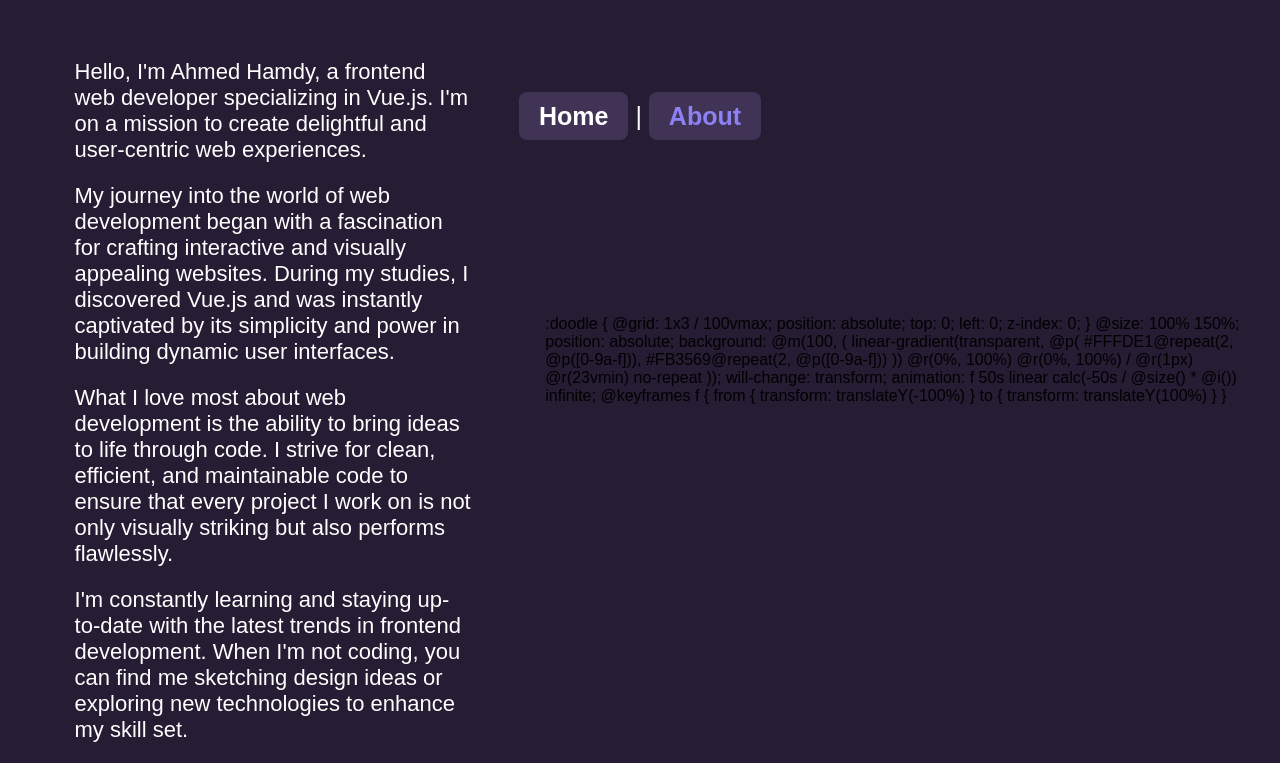
Repository: ahamdy997/portfolio
Page: /about
The author's editor kept a copy of each file at every save. The page is drawn from the files as they stood at one save, then again after the next save.
The browser window is 1280 px wide. The pictures show the whole page.
The project was rebuilt for these pictures with package versions that can differ from the ones it lists, and the page was loaded fresh each time. Also part of the build but not shown: vue.config.js, src/components/HelloWorld.vue, src/views/HomeView.vue.

Above is the page before, as saved 2023-11-05 00:40:04.

After the next save:
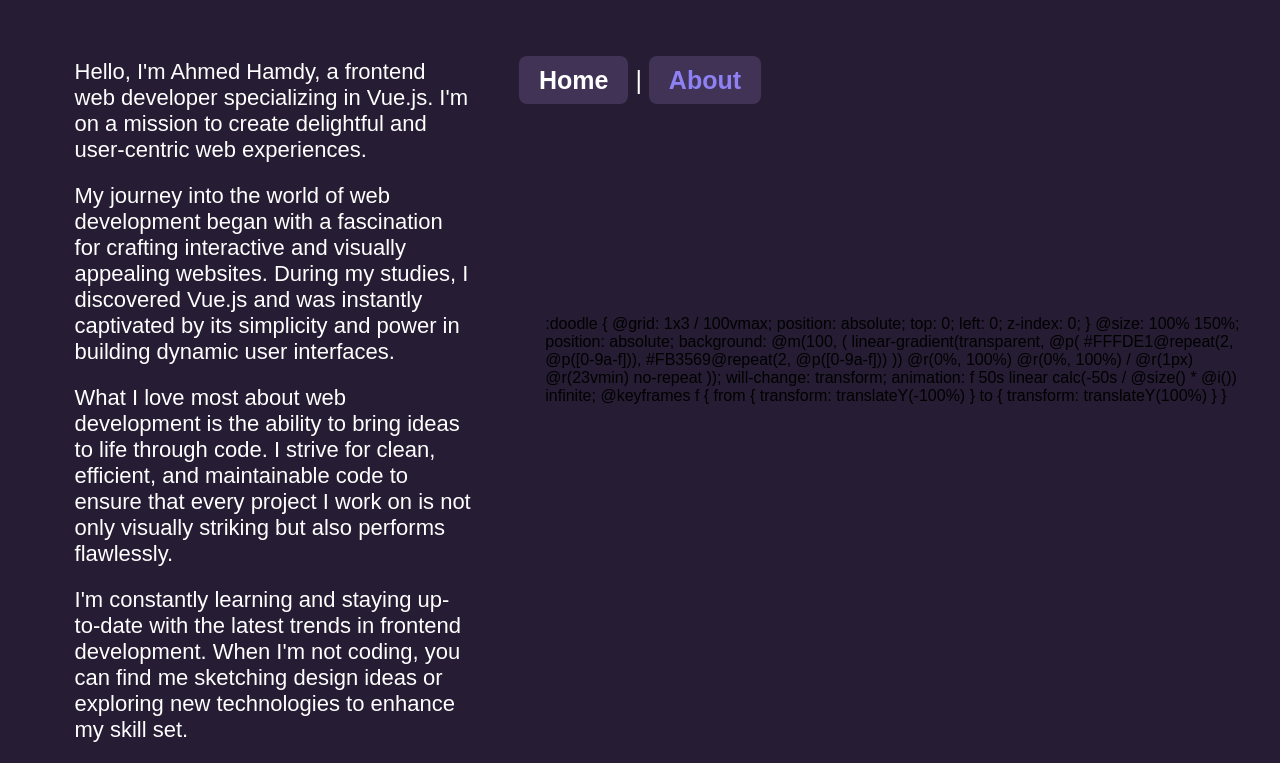
Saved 51 s later.
--- a/src/App.vue
+++ b/src/App.vue
@@ -17,7 +17,7 @@
 header {
   font-size: 25px;
   position: fixed;
-  top: 10%;
+  top: 5%;
   left: 0%;
   width: 100%;
 }
